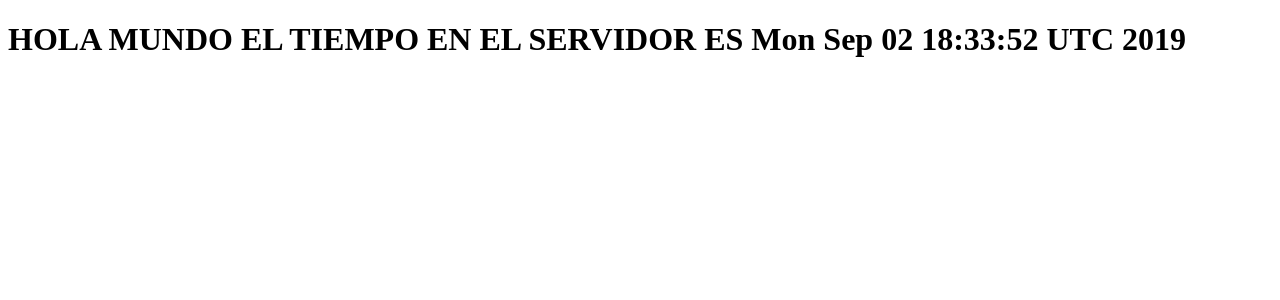
Repository: natyam/jsp-y-servlets
Page: http://localhost/clase1/holamundo.jsp
These files come from the project's save history. The page is drawn as it stood at one moment and after the next save; the edit follows.
The browser window is 1280 px wide. The pictures show the whole page.
The page is served by Tomcat 9.

Above is the page before, as saved 2019-09-02 18:38:42.

### clase1/WebContent/holamundo.jsp
<%@ page language="java" contentType="text/html; charset=ISO-8859-1"
    pageEncoding="ISO-8859-1"%>
<!DOCTYPE html>
<html>
<head>
<meta charset="ISO-8859-1">
<title>Insert title here</title>
</head>
<body>

<h1> HOLA MUNDO EL TIEMPO EN EL SERVIDOR ES <%= new java.util.Date() %></h1>

</body>
</html>

After the next save:
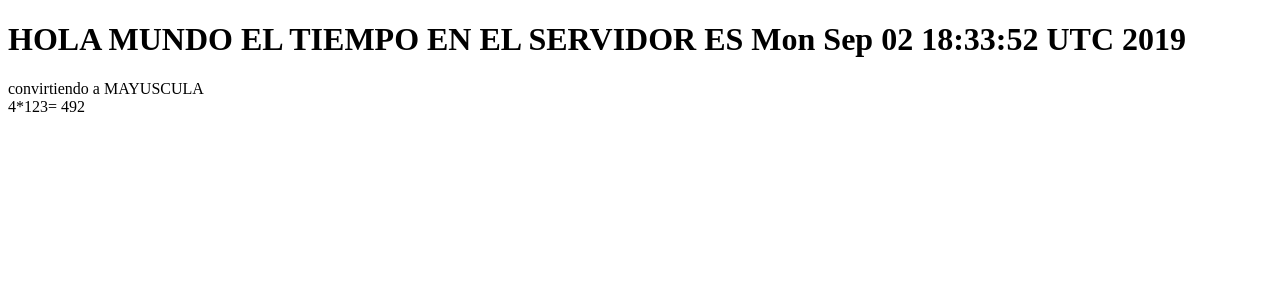
Saved 17 min 44 s later.
--- a/clase1/WebContent/holamundo.jsp
+++ b/clase1/WebContent/holamundo.jsp
@@ -9,6 +9,8 @@
 <body>
 
 <h1> HOLA MUNDO EL TIEMPO EN EL SERVIDOR ES <%= new java.util.Date() %></h1>
-
+convirtiendo a <%= new String("mayuscula").toUpperCase() %>
+<br>
+4*123= <%= 4*123 %>
 </body>
 </html>
